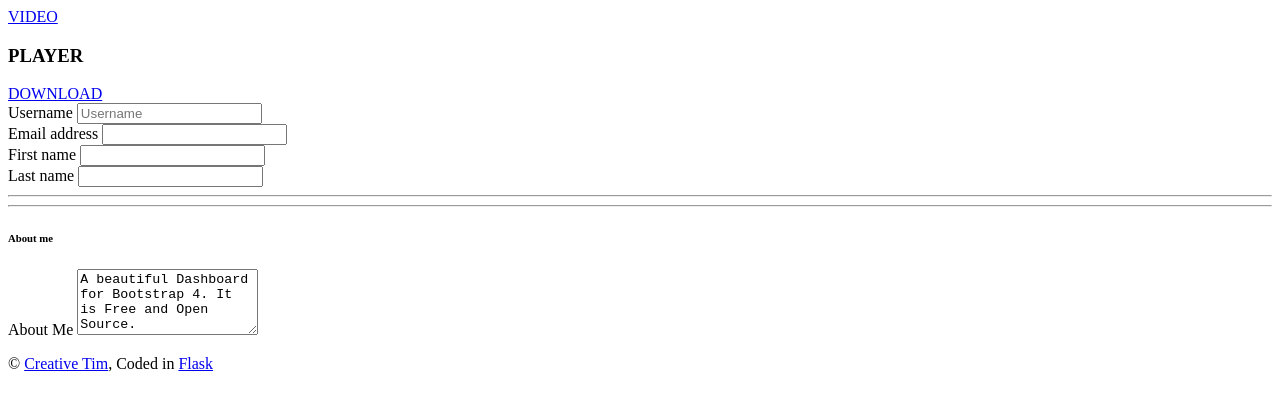
Repository: jasperDD/usedocker
Page: app/templates/pages/profile.html
The author's editor kept a record of every edit. The page is drawn from the files as they stood at one moment, then again after the next edit.
The browser window is 1280 px wide. The pictures show the whole page.
The template is drawn by Flask 3. The application's start-up code is not run. The template is opened directly, without the code that normally fills it, so the values that code supplies are empty.

Above is the page before.

After the next edit:
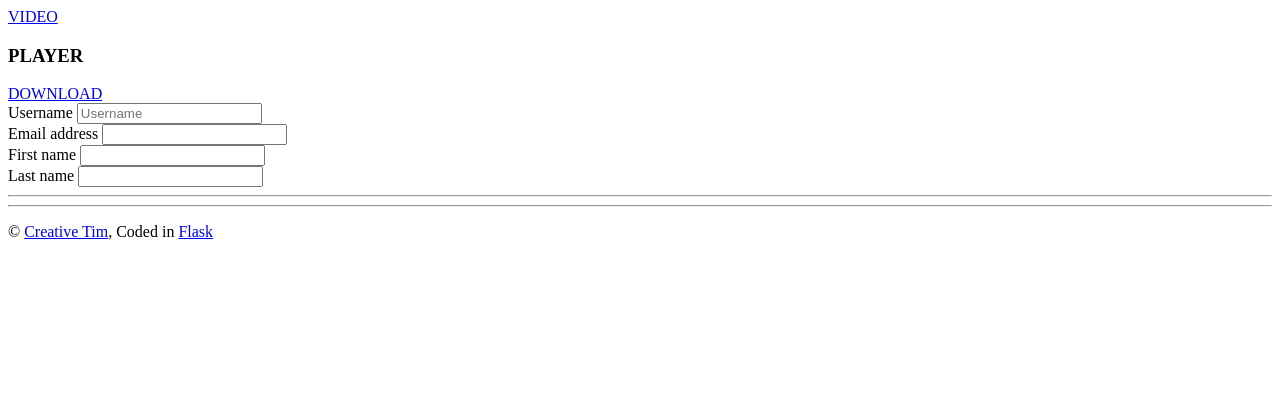
The edit:
--- a/app/templates/pages/profile.html
+++ b/app/templates/pages/profile.html
@@ -150,13 +150,13 @@
                 <!--</div>-->
                 <hr class="my-4" />
                 <!-- Description -->
-                <h6 class="heading-small text-muted mb-4">About me</h6>
-                <div class="pl-lg-4">
-                  <div class="form-group">
-                    <label>About Me</label>
-                    <textarea rows="4" class="form-control form-control-alternative" placeholder="A few words about you ...">A beautiful Dashboard for Bootstrap 4. It is Free and Open Source.</textarea>
-                  </div>
-                </div>
+                <!--<h6 class="heading-small text-muted mb-4">About me</h6>-->
+                <!--<div class="pl-lg-4">-->
+                <!--  <div class="form-group">-->
+                <!--    <label>About Me</label>-->
+                <!--    <textarea rows="4" class="form-control form-control-alternative" placeholder="A few words about you ...">A beautiful Dashboard for Bootstrap 4. It is Free and Open Source.</textarea>-->
+                <!--  </div>-->
+                <!--</div>-->
               </form>
             </div>
           </div>
